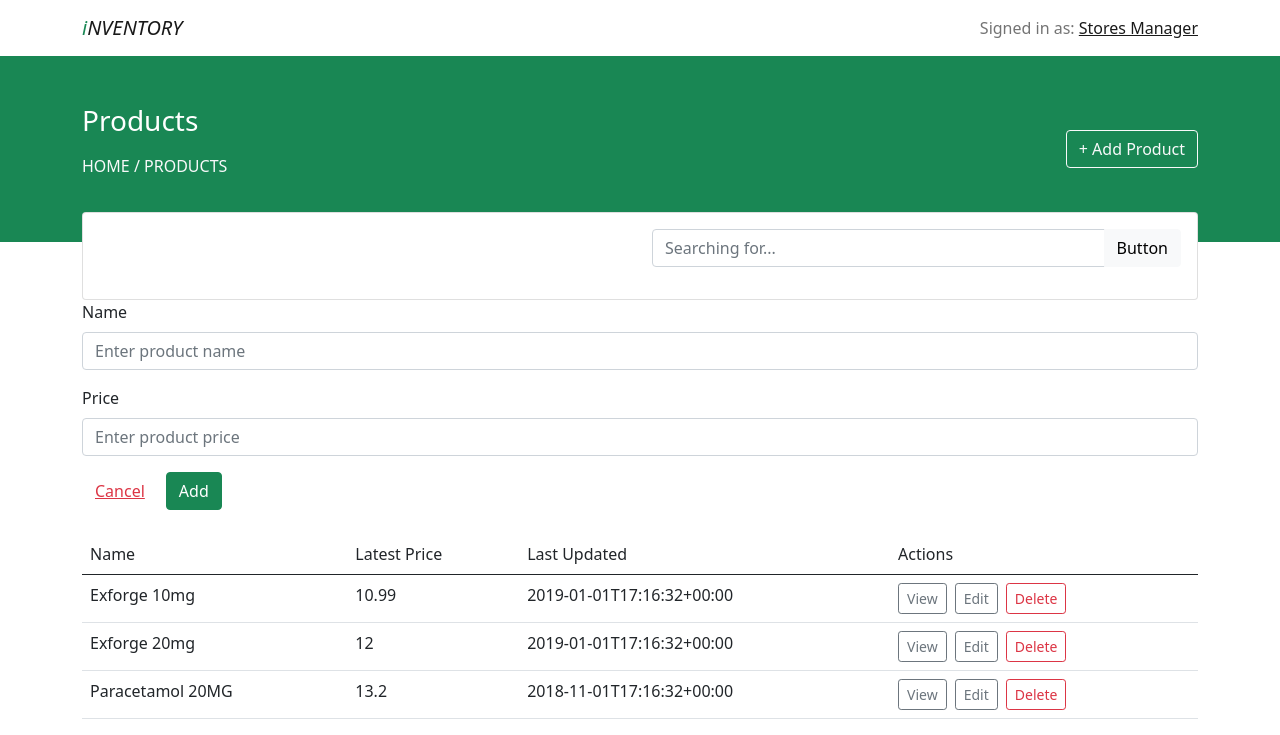
Repository: tHEO2k17/inventory-manager
Page: /
The author's editor kept a copy of each file at every save. The page is drawn from the files as they stood at one save, then again after the next save.
The browser window is 1280 px wide. The pictures show the whole page.
The project was rebuilt for these pictures with package versions that can differ from the ones it lists, and the page was loaded fresh each time.

Above is the page before, as saved 2021-08-31 09:29:20.

### src/index.tsx
import React from 'react';
import ReactDOM from 'react-dom';
import './index.scss';
import App from './presentation/App';

ReactDOM.render(
  <React.StrictMode>
    <App />
  </React.StrictMode>,
  document.getElementById('root')
);

### src/index.scss
@import '~bootstrap/scss/bootstrap.scss';

.mtn-30{
    margin-top: -30px;
}

### src/presentation/App.tsx
import ProductsPage from './pages/ProductsPage';

export default function App() {
  return ( <ProductsPage/> );
}

### src/presentation/pages/ProductsPage.tsx
import { Component } from "react"
import { Button, Card, Col, Container, FormControl, InputGroup, Row, Table } from "react-bootstrap";
import { mock } from "../../core/mock";
import Banner from "../components/Banner";
import Product from "../components/Product";
import ProductForm from "../components/ProductForm";
import TopBar from "../components/TopBar";

export default class ProductsPage extends Component {
    // constructor(props: any) {
    //     super(props);
    // }

    render() {
        return (
            <>
                <TopBar />
                <Banner />
                <Container>
                    <Card className="mtn-30">
                        <Card.Body>
                            <Row>
                                <Col></Col>
                                <Col>
                                    <InputGroup className="mb-3">
                                        <FormControl
                                            placeholder="Searching for..."
                                            aria-label="Searching for..."
                                            aria-describedby="basic-addon2"
                                        />
                                        <Button variant="light" id="button-addon2"> Button</Button>
                                    </InputGroup>
                                </Col>
                            </Row>
                        </Card.Body>
                    </Card>
                    <ProductForm />
                    <br />
                    <Table>
                        <thead>
                            <tr>
                                <td>Name</td>
                                <td>Latest Price</td>
                                <td>Last Updated</td>
                                <td>Actions</td>
                            </tr>
                        </thead>
                        <tbody>
                            {
                                mock.products.map(product => <Product key={product.id} product={product} />)
                            }
                        </tbody>
                    </Table>
                </Container>
            </>
        );
    }
}

### src/core/mock.ts
export const mock = {
    "products": [
        {
            "id": 1,
            "name": "Exforge 10mg",
            "prices": [
                {
                    "id": 1,
                    "price": 10.99,
                    "date": "2019-01-01T17:16:32+00:00"
                },
                {
                    "id": 2,
                    "price": 9.20,
                    "date": "2018-11-01T17:16:32+00:00"
                }
            ]
        },
        {
            "id": 2,
            "name": "Exforge 20mg",
            "prices": [
                {
                    "id": 3,
                    "price": 12.00,
                    "date": "2019-01-01T17:16:32+00:00"
                },
                {
                    "id": 4,
                    "price": 13.20,
                    "date": "2018-11-01T17:16:32+00:00"
                }
            ]
        },
        {
            "id": 3,
            "name": "Paracetamol 20MG",
            "prices": [
                {
                    "id": 5,
                    "price": 5.00,
                    "date": "2017-01-01T17:16:32+00:00"
                },
                {
                    "id": 6,
                    "price": 13.20,
                    "date": "2018-11-01T17:16:32+00:00"
                }
            ]
        }
    ]
};

### src/presentation/components/Banner.tsx
import { Button, Col, Container, Row } from "react-bootstrap";

const Banner = () => {
    return (
        <section className="bg-success">
            <Container className="py-5 text-white">
                <Row className="align-items-center">
                    <Col>
                        <h3>Products</h3>
                        <p className="text-light mt-3 fw-light fs-6">HOME / PRODUCTS</p>
                    </Col>
                    <Col>
                        <Button variant="outline-light" className="float-end">+ Add Product</Button>
                    </Col>
                </Row>
            </Container>
        </section>
    );
}

export default Banner;

### src/presentation/components/Product.tsx
import { Button } from "react-bootstrap"
import moment from 'moment';

const Product = ({ product }: ProductProps) => {

    const findLatestPriceInfo = (prices: any[]): any => {
        return prices.reduce(
            (acc: any, value: any) =>
                moment(acc.date).isAfter(value.date)
                    ? acc
                    : value
        );
    }

    return (
        <tr>
            <td>{product.name}</td>
            <td>{findLatestPriceInfo(product.prices).price}</td>
            <td>{findLatestPriceInfo(product.prices).date}</td>
            <td>
                <Button size="sm" variant="outline-secondary">View</Button>
                <Button size="sm" variant="outline-secondary" className="mx-2">Edit</Button>
                <Button size="sm" variant="outline-danger">Delete</Button>
            </td>
        </tr>
    );

}

export default Product;

type ProductProps = {
    key: any,
    product: any
}

### src/presentation/components/ProductForm.tsx
import { Component } from "react";
import { Button, Form } from "react-bootstrap";

export default class ProductForm extends Component {
    // constructor(props: any) {
    //     super(props);
    // }

    render() {
        return (
            <Form>
                <Form.Group className="mb-3">
                    <Form.Label>Name</Form.Label>
                    <Form.Control type="text" placeholder="Enter product name" />
                </Form.Group>

                <Form.Group className="mb-3">
                    <Form.Label>Price</Form.Label>
                    <Form.Control type="text" placeholder="Enter product price" />
                </Form.Group>

                <Form.Group>
                    <Button variant="link" className="me-2 text-danger">Cancel</Button>
                    <Button variant="success">Add</Button>
                </Form.Group>

            </Form>
        );
    }
}

### src/presentation/components/TopBar.tsx
import { Container, Navbar } from "react-bootstrap";

const TopBar = () => {
    return (
        <Navbar>
            <Container>
                <Navbar.Brand href="#home" className="fst-italic"><span className="text-success">i</span>NVENTORY</Navbar.Brand>
                <Navbar.Toggle />
                <Navbar.Collapse className="justify-content-end">
                    <Navbar.Text>
                        Signed in as: <a href="#login">Stores Manager</a>
                    </Navbar.Text>
                </Navbar.Collapse>
            </Container>
        </Navbar>
    );
}

export default TopBar;

Loaded but not shown: public/index.html (common file)

After the next save:
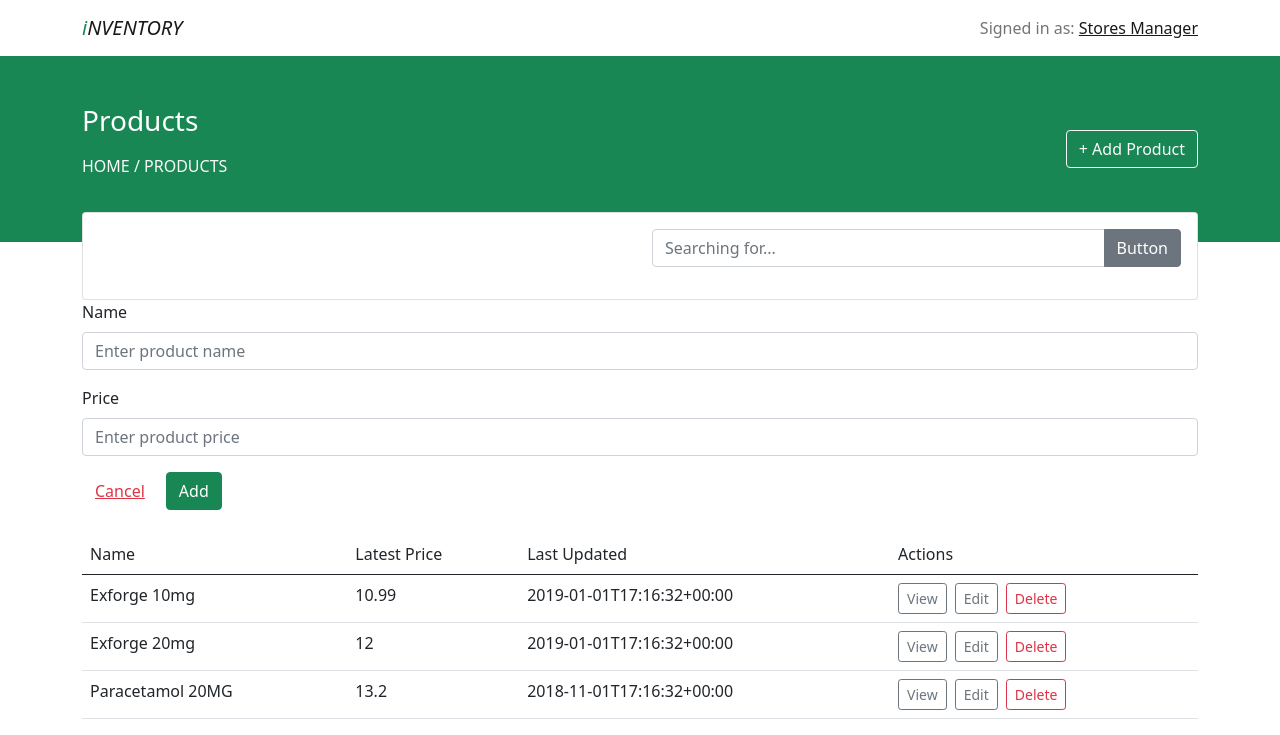
Saved 7 s later.
--- a/src/presentation/pages/ProductsPage.tsx
+++ b/src/presentation/pages/ProductsPage.tsx
@@ -28,7 +28,7 @@ export default class ProductsPage extends Component {
                                             aria-label="Searching for..."
                                             aria-describedby="basic-addon2"
                                         />
-                                        <Button variant="light" id="button-addon2"> Button</Button>
+                                        <Button variant="secondary" id="button-addon2"> Button</Button>
                                     </InputGroup>
                                 </Col>
                             </Row>
